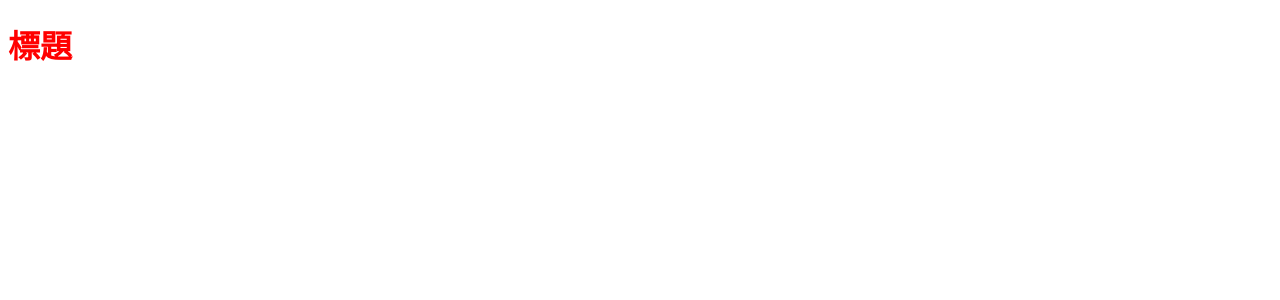
Repository: ray1999880301/project0809
Page: index.html
These files come from the project's save history. The page is drawn as it stood at one moment and after the next save; the edit follows.
The browser window is 1280 px wide. The pictures show the whole page.

Above is the page before, as saved 2021-08-09 22:23:20.

After the next save:
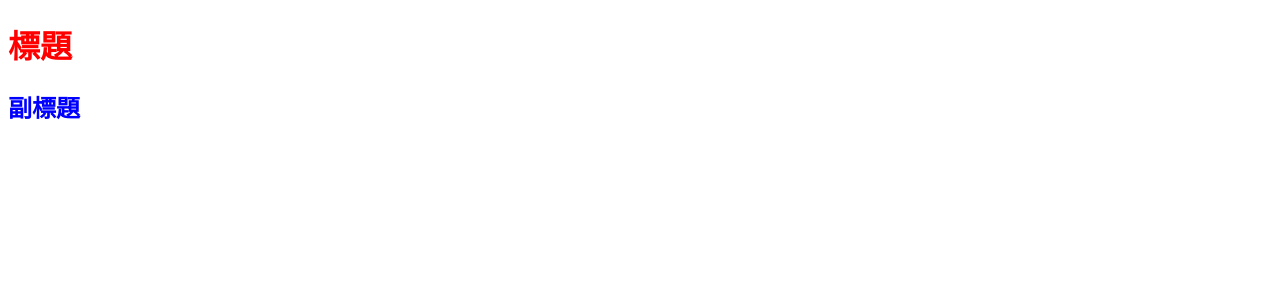
Saved 1 s later.
--- a/index.html
+++ b/index.html
@@ -9,5 +9,6 @@
 
     <body>
         <h1>標題</h1>
+        <h2>副標題</h2>
     </body>
 </html>
